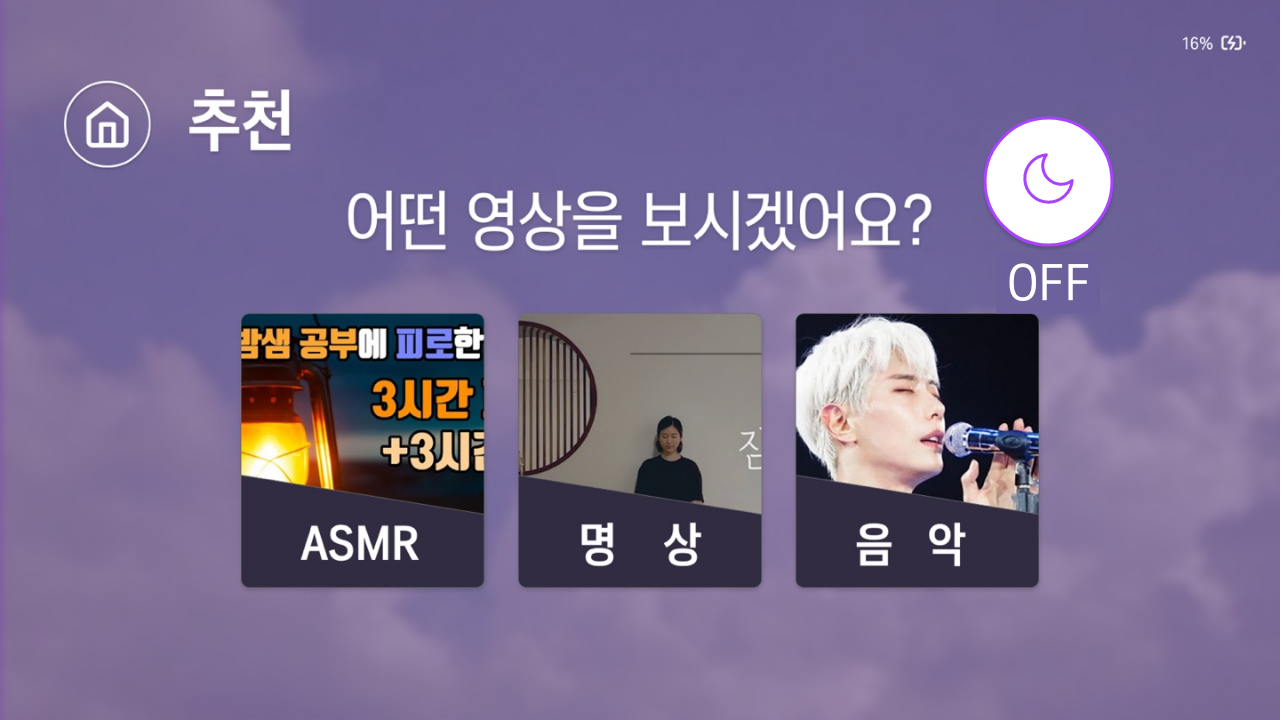
Repository: meanz1/SE_SleepWithMe
Page: SmartTVWorkspace/testapp/recom.html
The author's editor kept a copy of each file at every save. The page is drawn from the files as they stood at one save, then again after the next save.
The browser window is 1280 px wide. The page is 1288 px wide, then 1280 px, so the pictures cover 1288 px, including what lies to the right of the window. The pictures show the whole page.

Above is the page before, as saved 2021-11-18 07:45:44.

### SmartTVWorkspace/testapp/recom.html
<!DOCTYPE html>
<html>
<head>
<title>Example Web App</title>
<style type="text/css">
    body {
        background-image:url('asmr.png');
        background-repeat: no-repeat;
        background-size: cover;
        height: 100%;
        width: 100%;
    }
    .sleepON {
    	font-size: 50px;
    	text-align: center;
    }
    img {
    	float: right;
    	margin-top: 107px;
    	margin-right: 170px;
    }
</style>
<script type="text/javascript">
	function sleepon(){
		document.getElementById("officon").style.visibility = "hidden";
		window.location.href = "index.html";
	}



</script>
</head>
<body>

	<img id="officon" src="sleepoff.png" onclick="sleepon()"/>
</body>
</html>

After the next save:
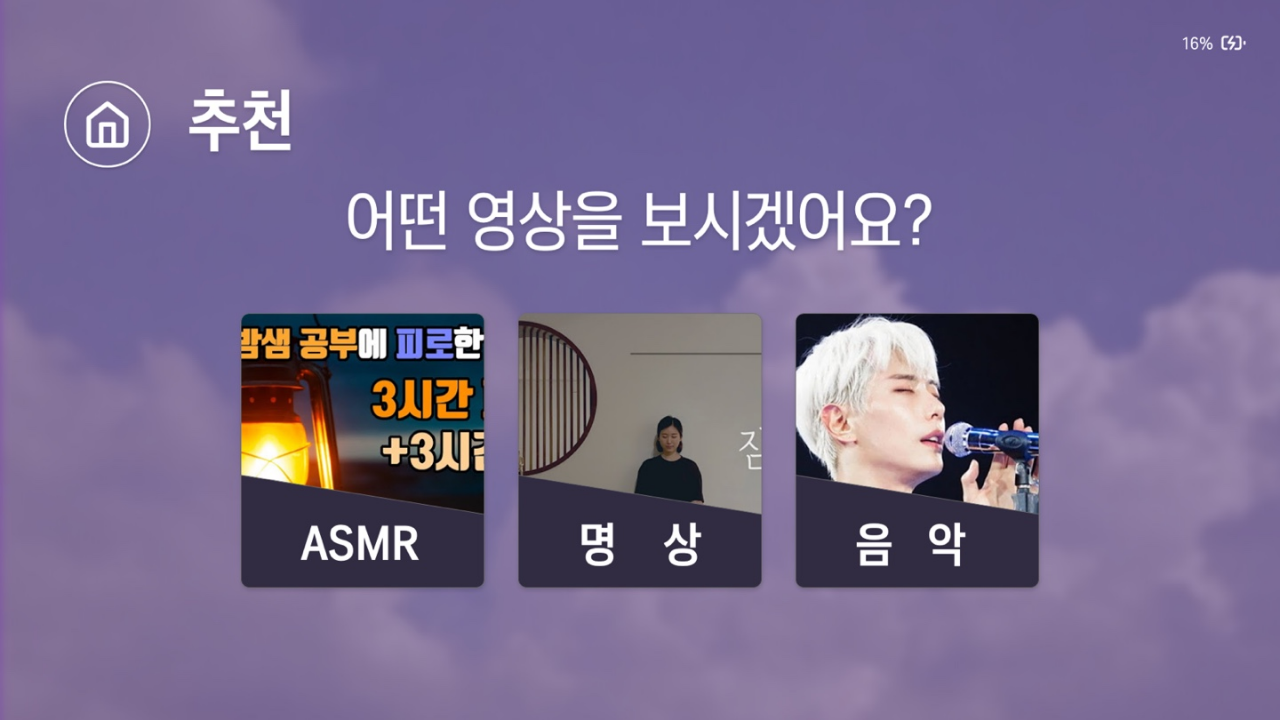
Saved 75 s later.
--- a/SmartTVWorkspace/testapp/recom.html
+++ b/SmartTVWorkspace/testapp/recom.html
@@ -10,21 +10,11 @@
         height: 100%;
         width: 100%;
     }
-    .sleepON {
-    	font-size: 50px;
-    	text-align: center;
-    }
-    img {
-    	float: right;
-    	margin-top: 107px;
-    	margin-right: 170px;
-    }
+
+
 </style>
 <script type="text/javascript">
-	function sleepon(){
-		document.getElementById("officon").style.visibility = "hidden";
-		window.location.href = "index.html";
-	}
+
 
 
 
@@ -32,6 +22,6 @@
 </head>
 <body>
 
-	<img id="officon" src="sleepoff.png" onclick="sleepon()"/>
+
 </body>
 </html>
